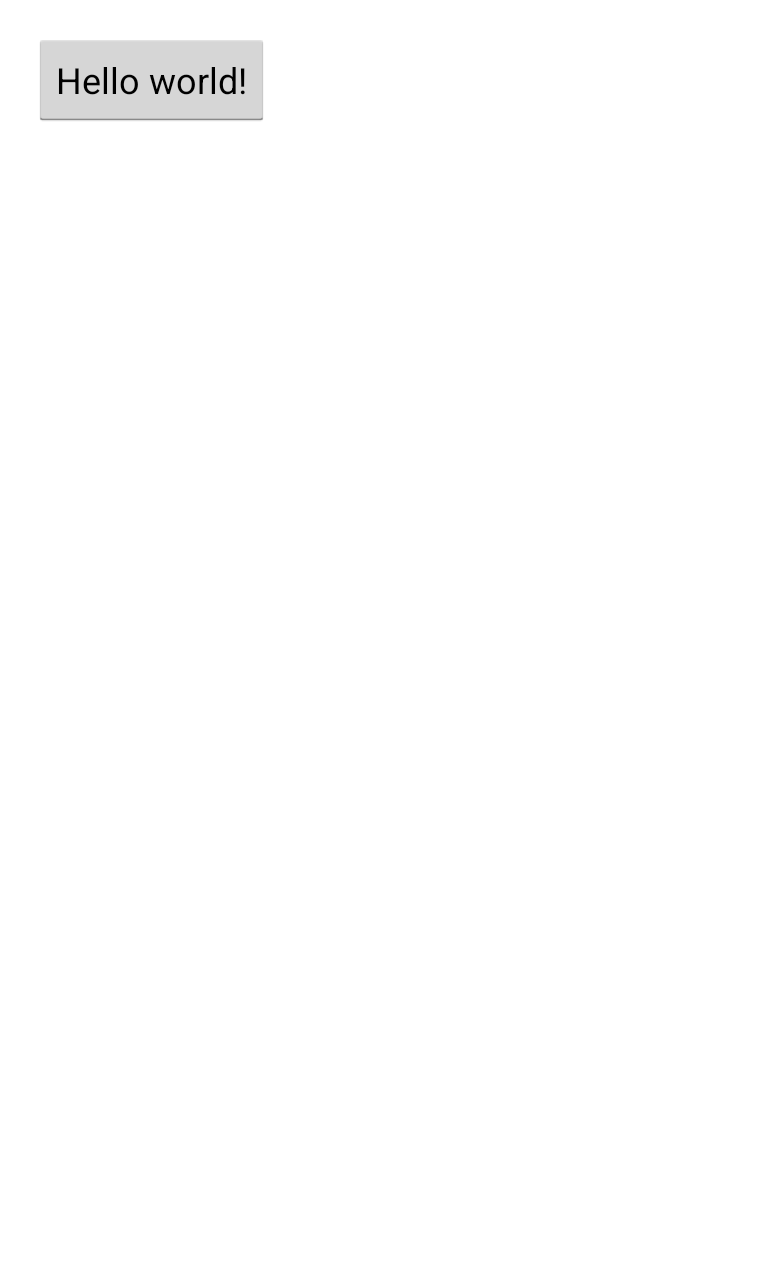
Repository: nickof/study
Layout: Android/itheima/day12服务/代码/Day12_01_startService开启服务/res/layout/activity_main.xml
The author's editor kept a copy of each file at every save. The layout is drawn from the files as they stood at one save, then again after the next save.
It is drawn on a 768 x 1280 px phone screen (xhdpi) without system bars, with theme AppTheme; the app's code is not run.

Above is the layout before, as saved 2016-09-20 02:19:34.

### Android/itheima/day12服务/代码/Day12_01_startService开启服务/res/layout/activity_main.xml
<RelativeLayout xmlns:android="http://schemas.android.com/apk/res/android"
    xmlns:tools="http://schemas.android.com/tools"
    android:layout_width="match_parent"
    android:layout_height="match_parent"
    android:paddingBottom="@dimen/activity_vertical_margin"
    android:paddingLeft="@dimen/activity_horizontal_margin"
    android:paddingRight="@dimen/activity_horizontal_margin"
    android:paddingTop="@dimen/activity_vertical_margin"
    tools:context=".MainActivity" >

    <Button
        android:layout_width="wrap_content"
        android:layout_height="wrap_content"
        android:onClick="start"
        android:text="@string/hello_world" />

</RelativeLayout>

### Android/itheima/day12服务/代码/Day12_01_startService开启服务/res/values/strings.xml
<?xml version="1.0" encoding="utf-8"?>
<resources>

    <string name="app_name">Day12_01_startService开启服务</string>
    <string name="action_settings">Settings</string>
    <string name="hello_world">Hello world!</string>

</resources>

Loaded but not shown: Android/itheima/day12服务/代码/Day12_01_startService开启服务/res/values/styles.xml (common file); Android/itheima/day12服务/代码/Day12_01_startService开启服务/res/values-v11/styles.xml (common file); Android/itheima/day12服务/代码/Day12_01_startService开启服务/res/values-v14/styles.xml (common file); Android/itheima/day12服务/代码/Day12_01_startService开启服务/res/values/dimens.xml (common file)

After the next save:
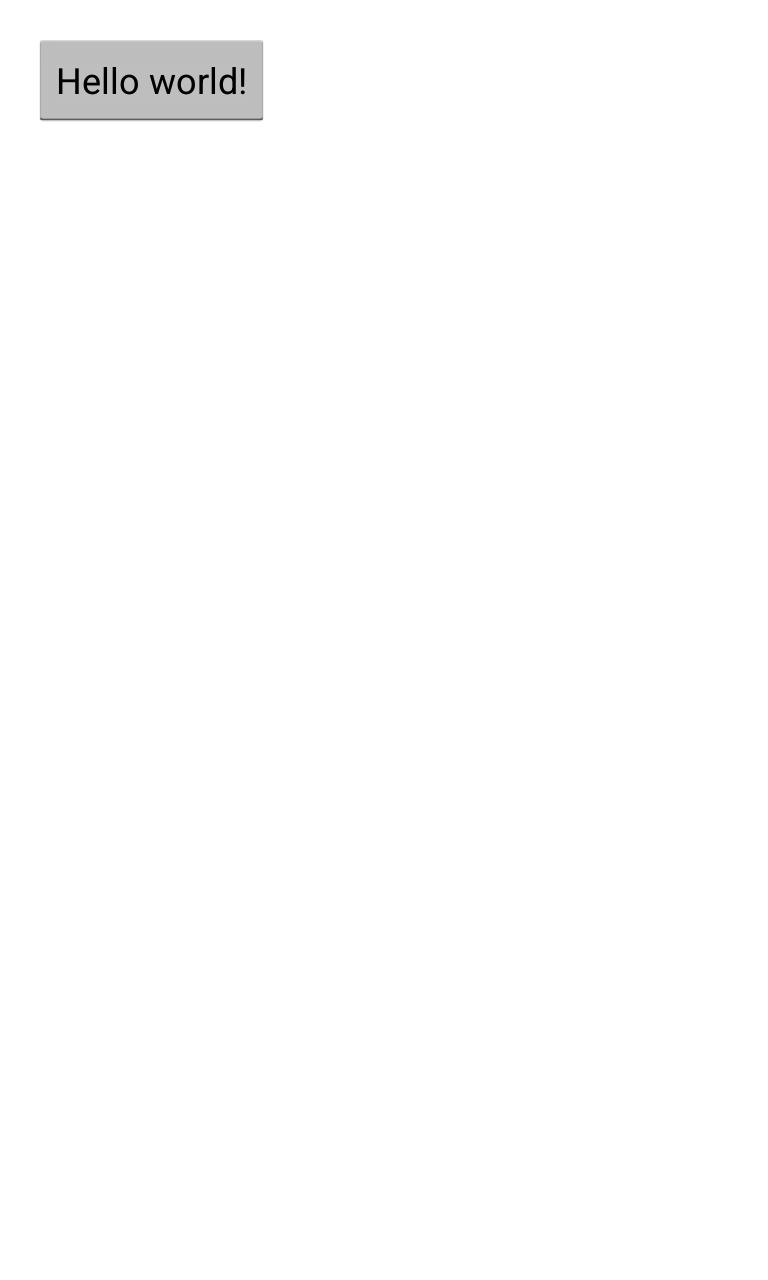
Saved 6 s later.
--- a/Android/itheima/day12服务/代码/Day12_01_startService开启服务/res/layout/activity_main.xml
+++ b/Android/itheima/day12服务/代码/Day12_01_startService开启服务/res/layout/activity_main.xml
@@ -13,5 +13,10 @@
         android:layout_height="wrap_content"
         android:onClick="start"
         android:text="@string/hello_world" />
+    <Button
+        android:layout_width="wrap_content"
+        android:layout_height="wrap_content"
+        android:onClick="stop"
+        android:text="@string/hello_world" />
 
 </RelativeLayout>
